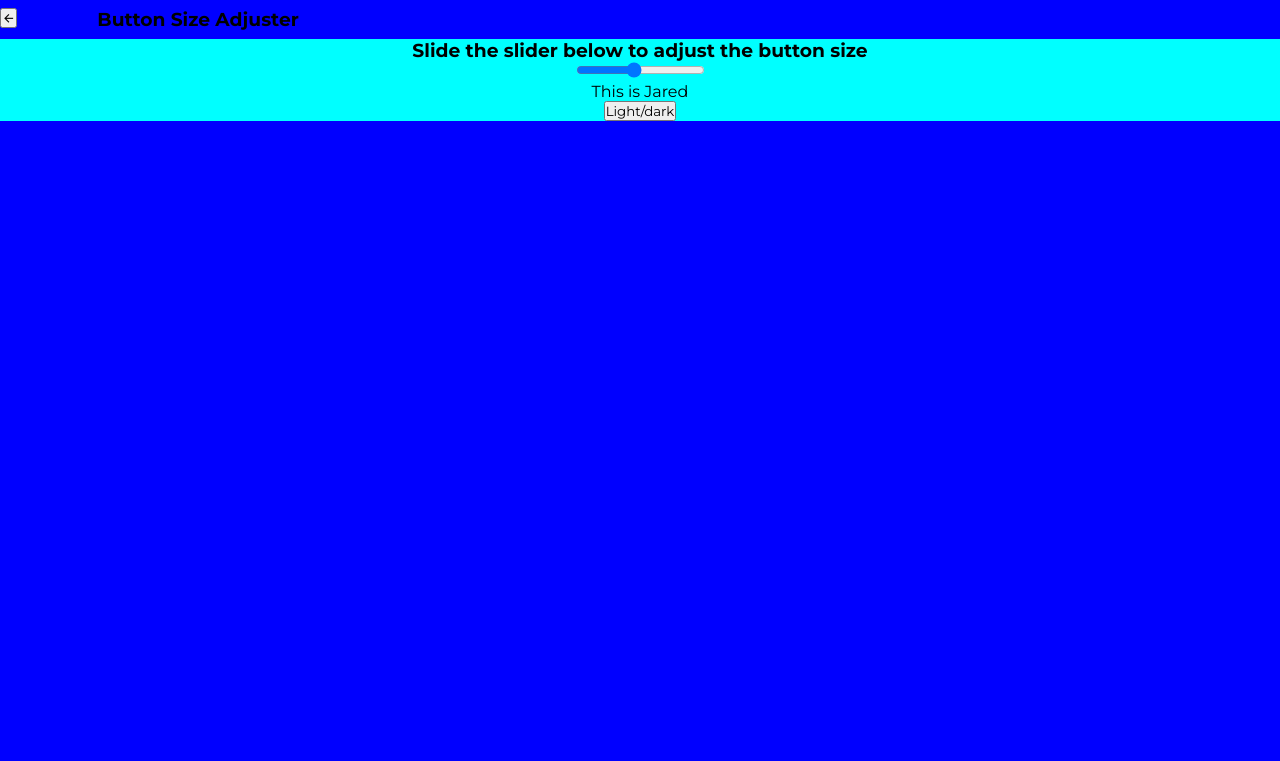
Repository: EguJaredoBoyd/Jared-Counter-App
Page: settings.html
These files come from the project's save history. The page is drawn as it stood at one moment and after the next save; the edit follows.
The browser window is 1280 px wide. The pictures show the whole page.

Above is the page before, as saved 2025-12-03 21:25:13.
Console error: TypeError: Cannot set properties of null (setting 'textContent')

After the next save:
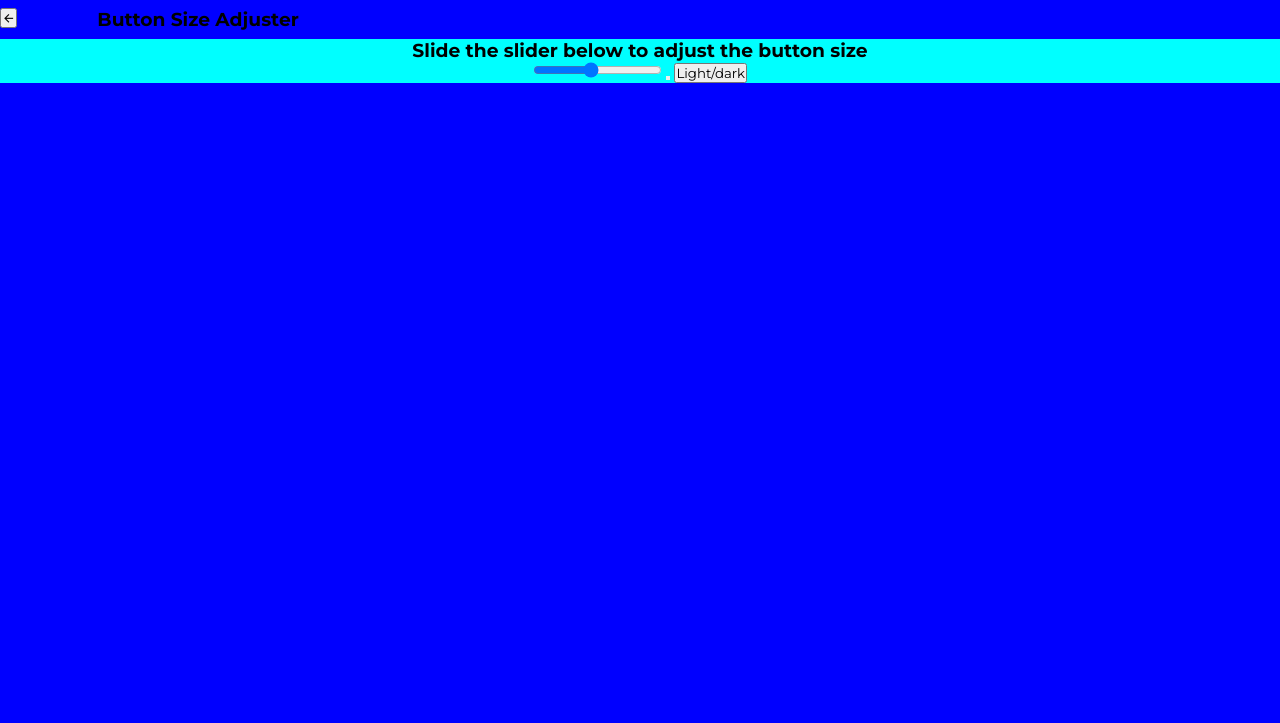
Saved 9 min 0 s later.
--- a/settings.html
+++ b/settings.html
@@ -28,7 +28,7 @@
         <div class="main__div--slider">
             <h3>Slide the slider below to adjust the button size</h3>
             <input type="range" min="10" max="100" value="50" id="font-size-slider">
-            <p id="text-content">This is Jared</p>
+            <button id="text-content"></button>
             <button id="display-mode">Light/dark</button>
         </div>
     </main>
